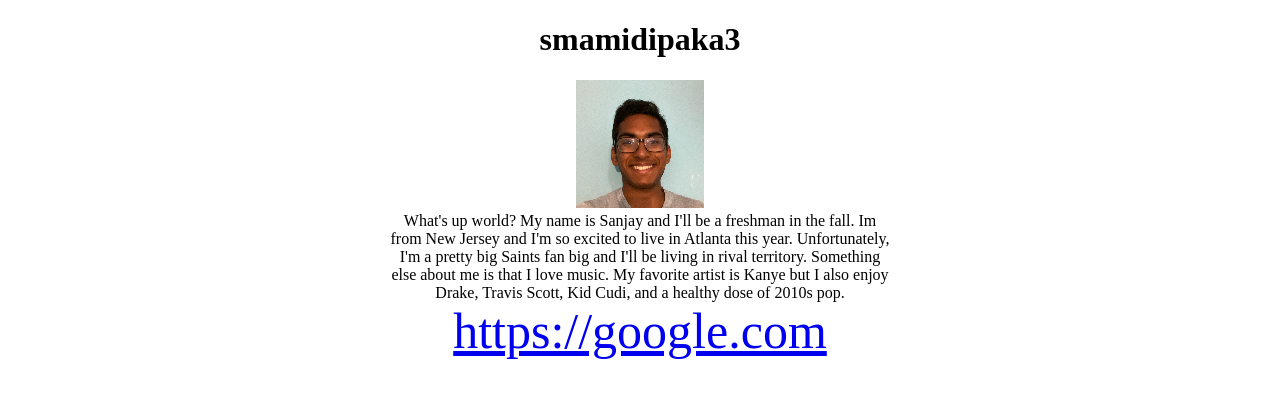
Repository: sanjayMamidipaka/cs1301
Page: lab01/index.html
These files come from the project's save history. The page is drawn as it stood at one moment and after the next save; the edit follows.
The browser window is 1280 px wide. The pictures show the whole page.

Above is the page before, as saved 2021-07-22 16:05:23.

### lab01/index.html
<!DOCTYPE html>

<head>
    <link rel="stylesheet" href="style.css">
  </head>

  <div class = "h1">
    <h1>smamidipaka3</h1>

    <img src="image.png" alt="My Picture">
    <p class = 'description'>
        What's up world? My name is Sanjay and I'll be a freshman in the fall. Im from New Jersey and I'm so excited to live in Atlanta this year.
        Unfortunately, I'm a pretty big Saints fan big and I'll be living in rival territory. Something else about me is that I love music. My favorite artist is Kanye but
        I also enjoy Drake, Travis Scott, Kid Cudi, and a healthy dose of 2010s pop.
    </p>

    <a class = 'link' href="url">https://google.com</a>
  </div>

### lab01/style.css
.h1 {
    text-align: center
}

.description {
    width: 500px;
    text-align: center;
    margin: auto;
}

.link {
    font-size: 50px;
}

After the next save:
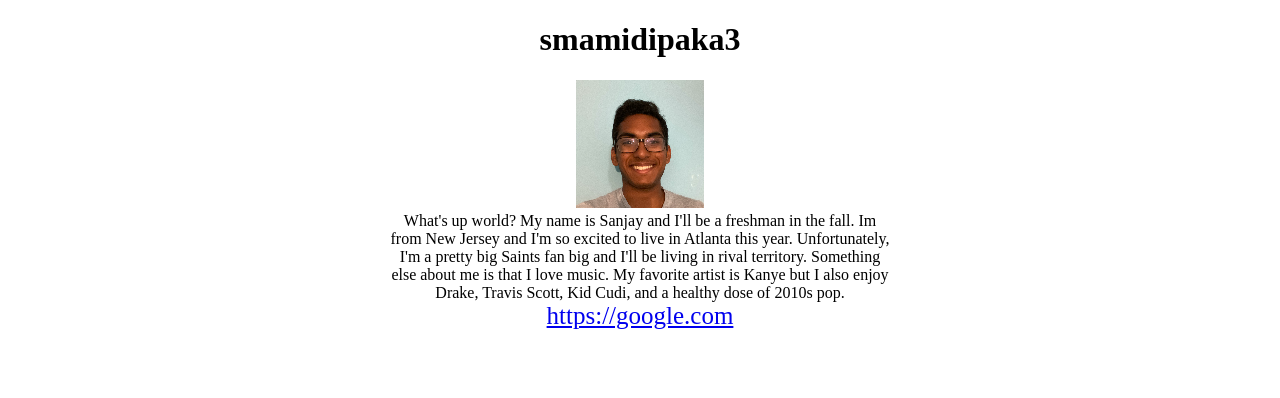
Saved 6 s later.
--- a/lab01/style.css
+++ b/lab01/style.css
@@ -9,5 +9,5 @@
 }
 
 .link {
-    font-size: 50px;
+    font-size: 25px;
 }
